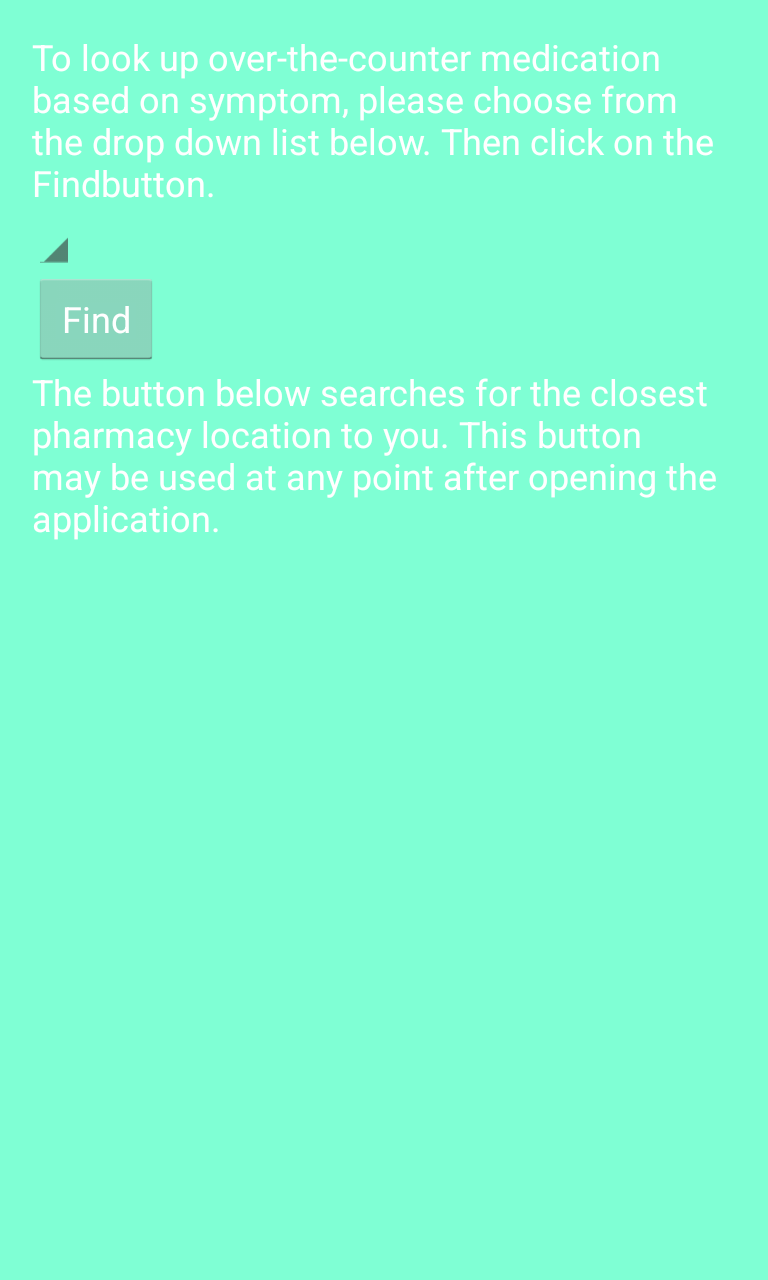
Repository: rosingrr/SympMeds
Layout: app/SympMeds/res/layout/activity_symptom_list.xml
An editor plug-in stored every save of this project. The layout is shown before and after a run of saves, followed by the edit.
It is drawn on a 768 x 1280 px phone screen (xhdpi) without system bars, with theme AppTheme; the app's code is not run.

Above is the layout before, as saved 2013-08-02 13:36:23.

### app/SympMeds/res/layout/activity_symptom_list.xml
<RelativeLayout xmlns:android="http://schemas.android.com/apk/res/android"
    xmlns:tools="http://schemas.android.com/tools"
    android:layout_width="match_parent"
    android:layout_height="match_parent"
    android:background="@color/aqua_marine"
    android:paddingBottom="@dimen/activity_vertical_margin"
    android:paddingLeft="@dimen/activity_horizontal_margin"
    android:paddingRight="@dimen/activity_horizontal_margin"
    android:paddingTop="@dimen/activity_vertical_margin"
    tools:context=".SymptomList" >

    <TextView
        android:id="@+id/sympInstr_textView"
        android:layout_width="wrap_content"
        android:layout_height="wrap_content"
        android:layout_alignParentLeft="true"
        android:text="@string/symptom_instructions"
        android:textColor="@color/white"
        android:textSize="18" />

    <Spinner
        android:id="@+id/symptom_spinner"
        android:layout_width="wrap_content"
        android:layout_height="wrap_content"
        android:layout_alignParentLeft="true"
        android:layout_below="@+id/sympInstr_textView" />

    <Button
        android:id="@+id/search_button"
        android:layout_width="wrap_content"
        android:layout_height="wrap_content"
        android:layout_alignParentLeft="true"
        android:layout_below="@+id/symptom_spinner"
        android:onClick="search"
        android:text="@string/search"
        android:textColor="@color/white" />

    <TextView
        android:id="@+id/TextView01"
        android:layout_width="wrap_content"
        android:layout_height="wrap_content"
        android:layout_alignLeft="@+id/search_button"
        android:layout_below="@+id/search_button"
        android:text="@string/symptom_instructions1"
        android:textColor="@color/white"
        android:textSize="18" />

</RelativeLayout>

### app/SympMeds/res/values/Colors.xml
<?xml version="1.0" encoding="utf-8"?>
<resources>
    <color name = "white">#ffffffff</color>
    <color name = "aqua_marine">#ff66cccc</color>
</resources>

### app/SympMeds/res/values/colors.xml
<?xml version="1.0" encoding="utf-8"?>
<resources>
    <color name="red">#ffff0000</color>
    <color name="green">#ff00ff00</color>
    <color name="blue">#ff0000ff</color>
    <color name="transparent_red">#ffff0000</color>
    <color name="steel_blue">#ff4682B4</color>
    <color name="crimson">#ffdc143c</color>
    <color name="sea_green">#ff2e8b57</color>
    <color name="aqua_marine">#ff7fffd4</color>
    <color name="white">#ffffffff</color>
    <color name="darker_aqua_marine">#ff3f7f6a</color>
    <color name="color1">#ff66cccc</color>
    <color name="color2">#ff33cccc</color>
    <color name="color3">#ff00cccc</color>
</resources>

### app/SympMeds/res/values/strings.xml
<?xml version="1.0" encoding="utf-8"?>
<resources>

    <string name="app_name">SympMeds</string>
    <string name="action_settings">Settings</string>
    <string name="nearest_pharmacy">Nearest Pharmacy</string>
    <string name="welcome">This app is not meant to be used as a replacement of a doctor. If symptoms become severe and/ or persistent we recommend you see a doctor immediately.</string>
    <string name="start">Get Started</string>

    <string name="title_activity_symptom_list">SymptomList</string>
    <string name="symptom_instructions">To look up over-the-counter medication based on symptom, please choose from the drop down list below. Then click on the "Find" button.</string>
    <string name="search">Find</string>
    <string name="symptoms">Symptoms</string>
    <string name="symptom_instructions1">The button below searches for the closest pharmacy location to you. This button may be used at any point after opening the application.</string>

    <string name="title_activity_drug_list">DrugList</string>
    <string name="symptom_name">name of symptom</string>
    <string name="symptom_description">description of symptom</string>
    <string name="drug_instructions">Choose a drug from the drop-down list and then push the Get Info button to pull up the information on the drug.</string>
    <string name="get_info">Get Info</string>
    <string name="end">/////</string>

    <string name="title_activity_drug_info">DrugInfo</string>
    <string name="drug_name">name of drug</string>
    <string name="symptoms_label">Symptoms the drug treats:</string>
    <string name="side_effects_label">Side-Effects drug might have:</string>
    <string name="directions_label">Directions of use:</string>
    <string name="unknown">unknown</string>
    <string name="medications">Medications</string>

</resources>

Loaded but not shown: app/SympMeds/res/values/styles.xml (common file); app/SympMeds/res/values-v11/styles.xml (common file); app/SympMeds/res/values-v14/styles.xml (common file); app/SympMeds/res/values/dimens.xml (common file)

After the next 2 saves:
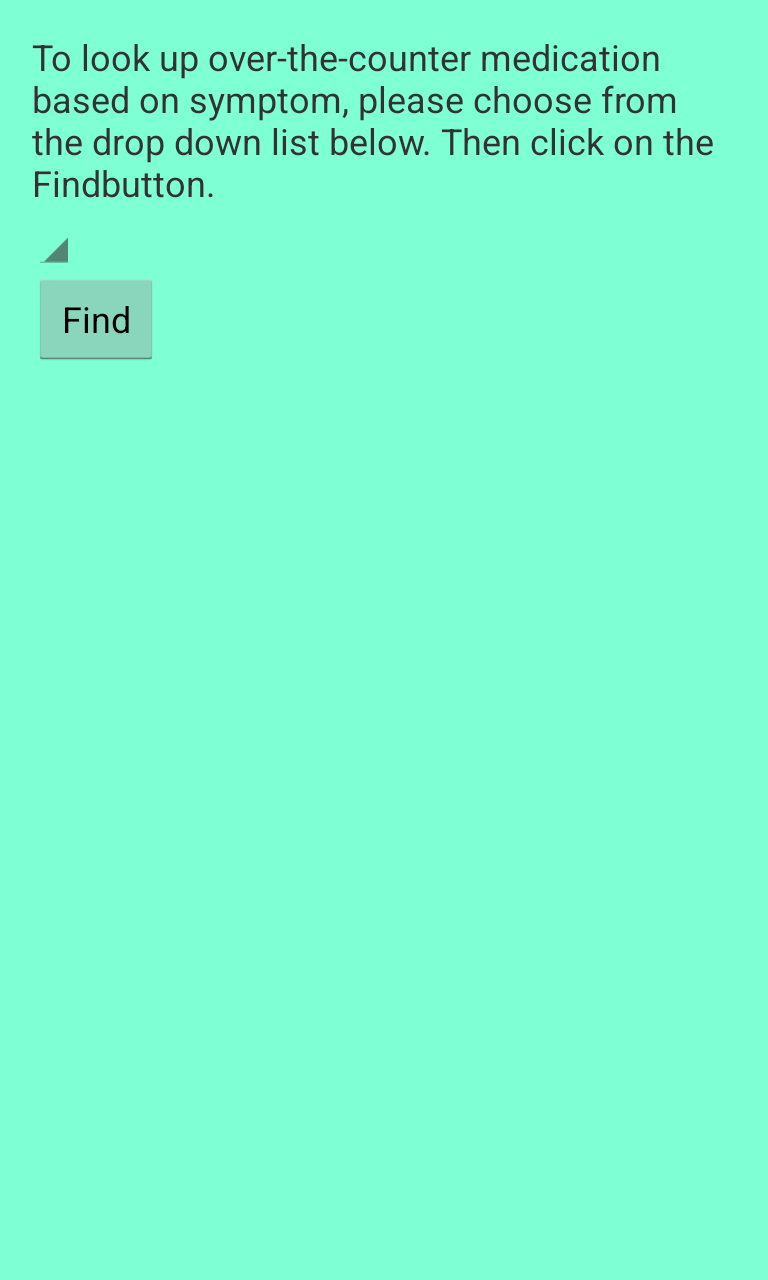
The 2 saves are shown as one change because 1 did not build or start.
The last was saved 72 s later.
--- a/app/SympMeds/res/layout/activity_symptom_list.xml
+++ b/app/SympMeds/res/layout/activity_symptom_list.xml
@@ -15,7 +15,6 @@
         android:layout_height="wrap_content"
         android:layout_alignParentLeft="true"
         android:text="@string/symptom_instructions"
-        android:textColor="@color/white"
         android:textSize="18" />
 
     <Spinner
@@ -31,18 +30,7 @@
         android:layout_height="wrap_content"
         android:layout_alignParentLeft="true"
         android:layout_below="@+id/symptom_spinner"
-        android:onClick="search"
         android:text="@string/search"
-        android:textColor="@color/white" />
-
-    <TextView
-        android:id="@+id/TextView01"
-        android:layout_width="wrap_content"
-        android:layout_height="wrap_content"
-        android:layout_alignLeft="@+id/search_button"
-        android:layout_below="@+id/search_button"
-        android:text="@string/symptom_instructions1"
-        android:textColor="@color/white"
-        android:textSize="18" />
+        android:onClick="search" />
 
 </RelativeLayout>

After the 2 saves that followed:
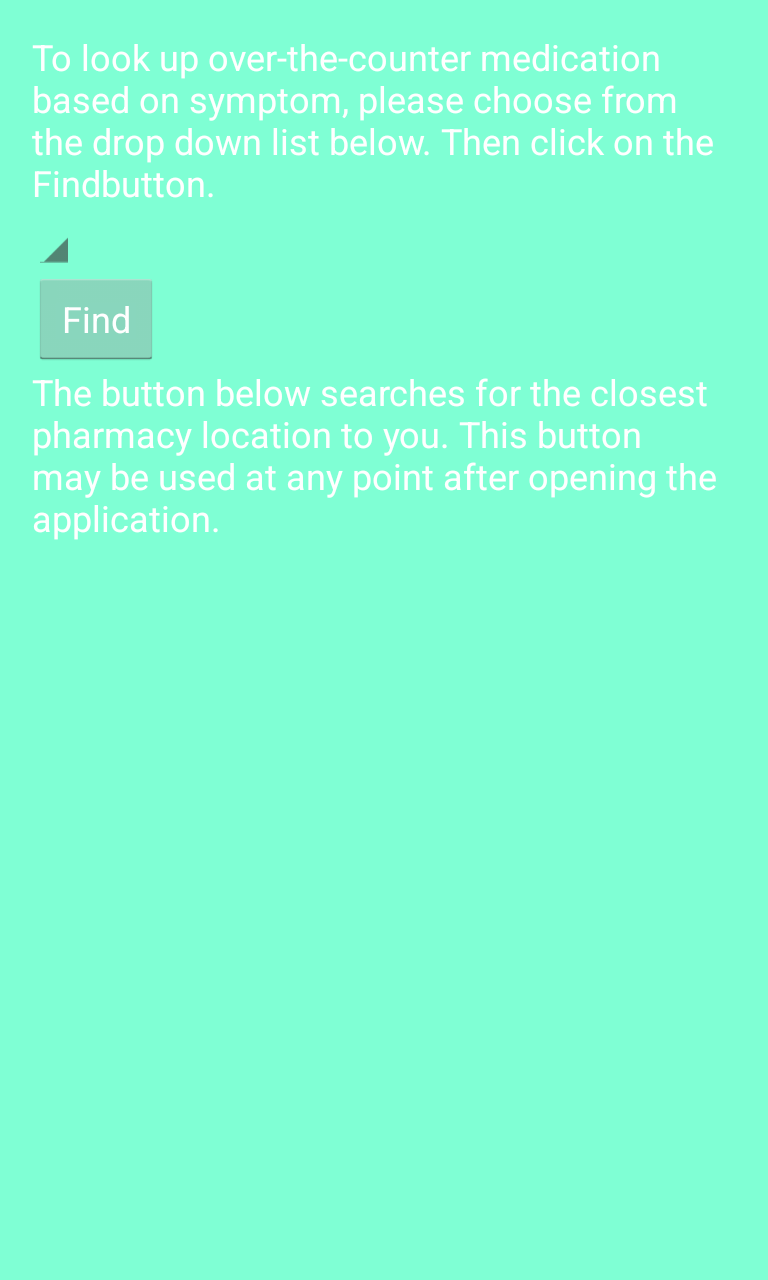
The 2 saves are shown as one change because 1 did not build or start.
The last was saved 65 s later.
--- a/app/SympMeds/res/layout/activity_symptom_list.xml
+++ b/app/SympMeds/res/layout/activity_symptom_list.xml
@@ -15,6 +15,7 @@
         android:layout_height="wrap_content"
         android:layout_alignParentLeft="true"
         android:text="@string/symptom_instructions"
+        android:textColor="@color/white"
         android:textSize="18" />
 
     <Spinner
@@ -30,7 +31,18 @@
         android:layout_height="wrap_content"
         android:layout_alignParentLeft="true"
         android:layout_below="@+id/symptom_spinner"
+        android:onClick="search"
         android:text="@string/search"
-        android:onClick="search" />
+        android:textColor="@color/white" />
+
+    <TextView
+        android:id="@+id/TextView01"
+        android:layout_width="wrap_content"
+        android:layout_height="wrap_content"
+        android:layout_alignLeft="@+id/search_button"
+        android:layout_below="@+id/search_button"
+        android:text="@string/symptom_instructions1"
+        android:textColor="@color/white"
+        android:textSize="18" />
 
 </RelativeLayout>
